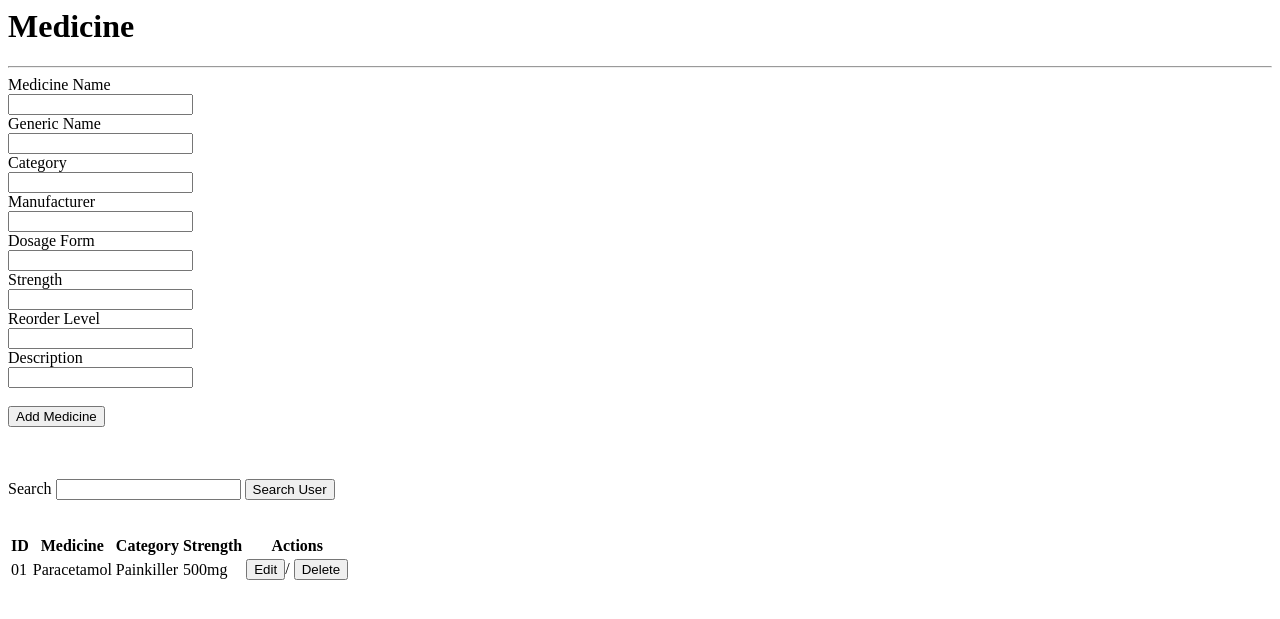
Repository: AbHiShEk200428/Medicine-Manager
Page: medicine_management.html
The author's editor kept a copy of each file at every save. The page is drawn from the files as they stood at one save, then again after the next save.
The browser window is 1280 px wide. The pictures show the whole page.

Above is the page before, as saved 2026-10-28 10:55:01.
Console error: ReferenceError: $ is not defined

### medicine_management.html

    <h1 id="Menubar_Call">Medicine</h1>
<hr>
    <form action="medicine_management.html" id="medicine_form">

    <div class="Form_sections">
        <label for="Add_Medname">Medicine Name</label><br>
        <input type="text" id="Add_Medname">
    </div>

    <div class="Form_sections">
        <label for="Add_Genname">Generic Name</label><br>
        <input type="text" id="Add_Genname">
    </div >

    <div class="Form_sections">
        <label for="Add_Category">Category</label><br>
        <input type="text" id="Add_Category">
    </div>

    <div class="Form_sections">
        <label for="Add_Manufacturer">Manufacturer</label><br>
        <input type="text" id="Add_Manufacturer">
    </div>

    <div class="Form_sections">
        <label for="Add_Dosage">Dosage Form</label><br>
        <input type="text" id="Add_Dosage">
    </div>

    <div class="Form_sections">
        <label for="Add_Strength">Strength</label><br>
        <input type="text" id="Add_Strength">
    </div>

    <div class="Form_sections">
        <label for="Add_ReorderLvL">Reorder Level</label><br>
        <input type="text" id="Add_ReorderLvL">
    </div>

    <div class="Form_sections">
        <label for="Add_Description">Description</label><br>
        <input type="text" id="Add_Description">
    </div>
<br>
    <button id="AddMed_Btn">Add Medicine</button>
    <p id="Medicine_validity"></p>
    </form>
<br>
<br>
<label for="Search_input">Search</label>
<input type="text" id="Search_input">
<button id="Search_Btn">Search User</button>
<p id="Search_validity"></p>

<br>
<table id="Medicine_table">
    <thead>
    <tr >
        <th>ID</th>
        <th>Medicine</th>
        <th>Category</th>
        <th>Strength</th>
        <th>Actions</th>
    </tr>
    </thead>
    <tbody>
        <tr>
        <td>01</td>
        <td>Paracetamol</td>
        <td>Painkiller</td>
        <td>500mg</td>
        <td><button>Edit</button>/ <button>Delete</button></td>
    </tr>
    </tbody>


</table>


<script>

$(document).ready(function(){
    let Medicine_ID=2;
    $("#AddMed_Btn").click(function(e){
        e.preventDefault();

        let MedName= document.getElementById("Add_Medname").value;
        let GenName=document.getElementById("Add_Genname").value;
        let Category= document.getElementById("Add_Category").value;
        let Manufacturer= document.getElementById("Add_Manufacturer").value;
        let Dosage= document.getElementById("Add_Dosage").value;
        let Strength= document.getElementById("Add_Strength").value;
        let Reorder= document.getElementById("Add_ReorderLvL").value;
        let Description= document.getElementById("Add_Description").value;
        var new_row=`
            <tr>
            <td>${Medicine_ID}</td>
            <td>${MedName}</td>
            <td>${Category}</td>
            <td>${Strength}</td>
            <td><button>Edit</button>/ <button>Delete</button></td>
            </tr>`;

        let Medicine_validity=document.getElementById("Medicine_validity");

    if(MedName==""||MedName==null){
        Medicine_validity.textContent="Medicine name cant be empty";
    }
    else if(GenName==""||GenName==null){
        Medicine_validity.textContent="Generic name is required";

    }

    else if(Category==""||Category==null){
        Medicine_validity.textContent="Category is required";

    }
    else if(Manufacturer==""||Manufacturer==null){
        Medicine_validity.textContent="Manufacturer is required";

    }
    else if(Dosage==""||Dosage==null){
         Medicine_validity.textContent="Dosage is required";

    }
    else if(Strength==""||Strength==null){
         Medicine_validity.textContent="Strength is required";

    }
    else if(Reorder==""||Reorder==null){
        Medicine_validity.textContent="Reorder is required";

    }
    else if(Description==""||Description==null){
        Medicine_validity.textContent="Description is required";

    }

    else{
        $("#Medicine_table tbody").append(new_row);//Add new table row
        Medicine_ID++; //Increment ID
        //Reset input field=
        MedName= document.getElementById("Add_Medname").value="";
        GenName=document.getElementById("Add_Genname").value="";
        Category= document.getElementById("Add_Category").value="";
        Manufacturer= document.getElementById("Add_Manufacturer").value="";
        Dosage= document.getElementById("Add_Dosage").value="";
        Strength= document.getElementById("Add_Strength").value="";
        Reorder= document.getElementById("Add_ReorderLvL").value="";
        Description= document.getElementById("Add_Description").value="";
    }
    });

    $("#Search_Btn").click(function(e){
            e.preventDefault();
        let Search_input=document.getElementById("Search_input").value;
        Search_input=Search_input.toLowerCase();
        if(Search_input==""||Search_input==null){
            $("#Search_validity").text("Enter in search input");
        }

            $("#Medicine_table tbody tr").each(function(){

                let row_search=$(this).text().toLowerCase();

                if(row_search.includes(Search_input)){
                    $(this).show();
                }
                else{
                    $(this).hide();
                }
            });

        });


});

</script>

</body>
</html>

After the next save:
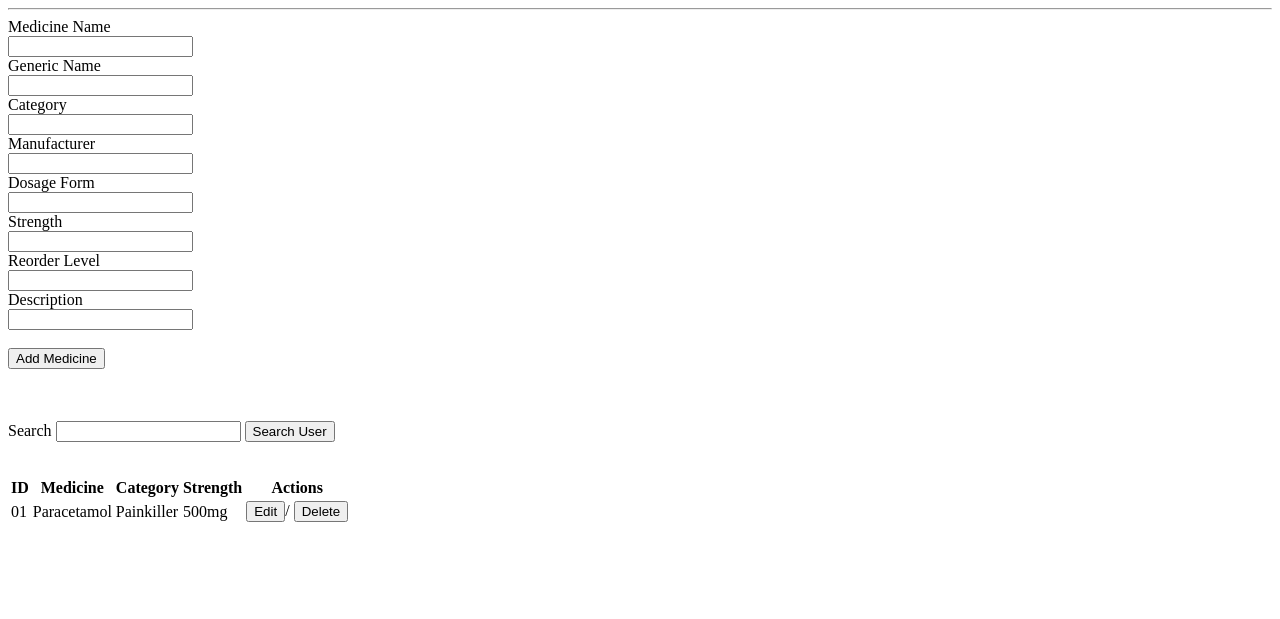
Saved 7 s later.
--- a/medicine_management.html
+++ b/medicine_management.html
@@ -1,5 +1,4 @@
 
-    <h1 id="Menubar_Call">Medicine</h1>
 <hr>
     <form action="medicine_management.html" id="medicine_form">
 
